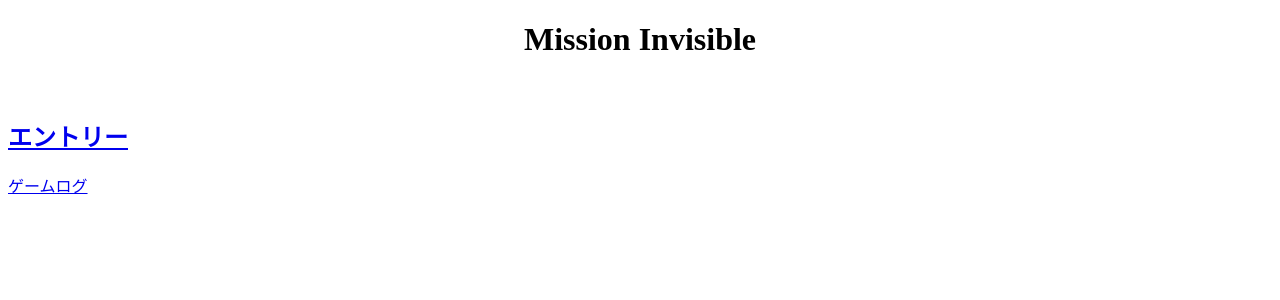
Repository: shoma2491/Mission_Invisible
Page: src/main/resources/static/index.html
The author's editor kept a copy of each file at every save. The page is drawn from the files as they stood at one save, then again after a run of saves.
The browser window is 1280 px wide. The pictures show the whole page.

Above is the page before, as saved 2022-01-18 14:46:35.

After the next 5 saves:
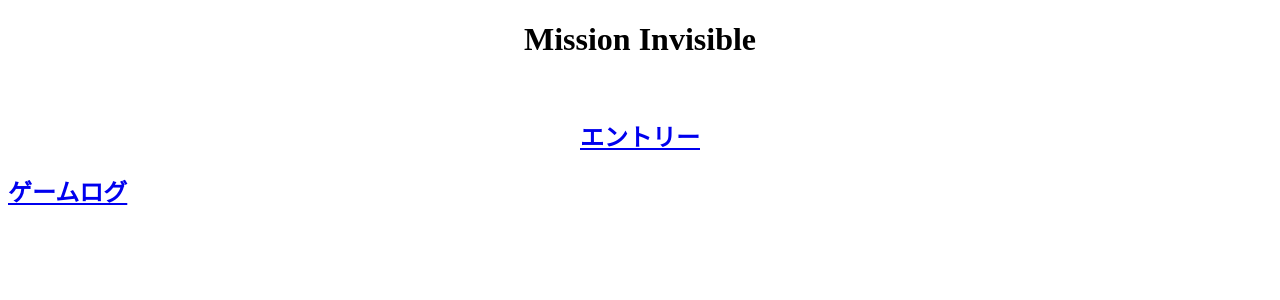
The 5 saves are shown as one change because they came seconds apart.
The last was saved 14 s later.
--- a/src/main/resources/static/index.html
+++ b/src/main/resources/static/index.html
@@ -8,8 +8,8 @@
 
 <body>
   <h1 style="text-align:center">Mission Invisible</h1><br />
-  <h2><a href="/entry" style="text-align:center">エントリー</a><br/></h2>
-  <a href="/log" style="text-align:center">ゲームログ</a><br/>
+  <h2 style="text-align:center"><a href="/entry">エントリー</a><br/></h2>
+  <h2><a href="/log" style="text-align:center">ゲームログ</a><br/></h2>
 </body>
 
 </html>
